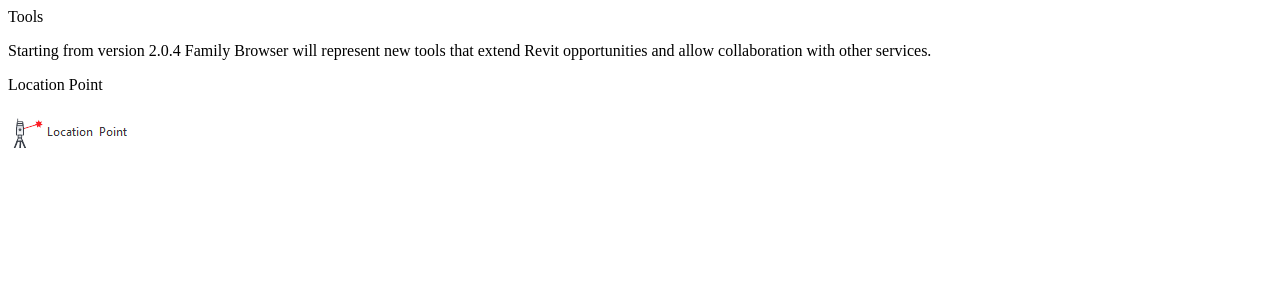
Repository: RomanLavrov/FamilyBrowserUserGuide
Page: http://localhost/FamilyBrowser/application/views/en/tools_view.php
The author's editor kept a copy of each file at every save. The page is drawn from the files as they stood at one save, then again after the next save.
The browser window is 1280 px wide. The pictures show the whole page.
The page is run by PHP 8.4 with error messages shown; the project is at /var/www/html/.

Above is the page before, as saved 2019-10-24 11:46:05.

After the next save:
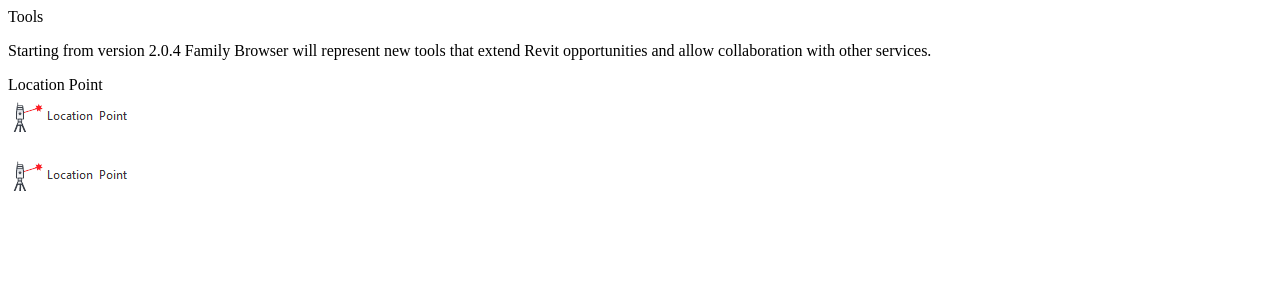
Saved 6 s later.
--- a/FamilyBrowser/application/views/en/tools_view.php
+++ b/FamilyBrowser/application/views/en/tools_view.php
@@ -7,6 +7,8 @@
 
 <div class="article-header">Location Point</div>
 <div class="article-content">
+<img src="/FamilyBrowser/images/LocationPointButton_en.png" alt="">
+
       <p>
            </p>
 </div>

After the 2 saves that followed:
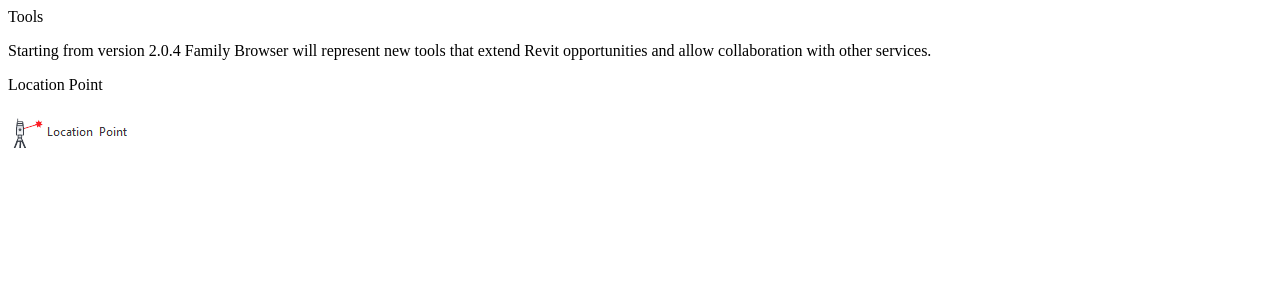
The 2 saves are shown as one change because they came seconds apart.
The last was saved 6 s later.
--- a/FamilyBrowser/application/views/en/tools_view.php
+++ b/FamilyBrowser/application/views/en/tools_view.php
@@ -7,7 +7,7 @@
 
 <div class="article-header">Location Point</div>
 <div class="article-content">
-<img src="/FamilyBrowser/images/LocationPointButton_en.png" alt="">
+<img class= src="/FamilyBrowser/images/LocationPointButton_en.png" alt="">
 
       <p>
            </p>
